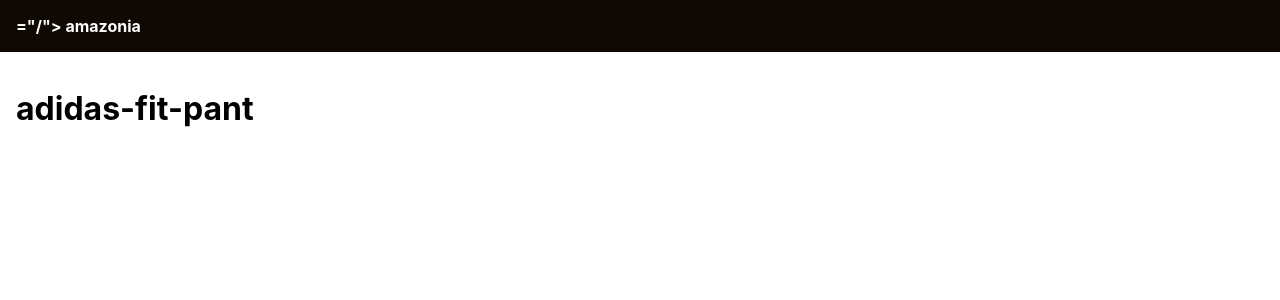
Repository: ninambash/E-comm-site
Page: /product/adidas-fit-pant
The author's editor kept a copy of each file at every save. The page is drawn from the files as they stood at one save, then again after a run of saves.
The browser window is 1280 px wide. The pictures show the whole page.
The project was rebuilt for these pictures with package versions that can differ from the ones it lists, and the page was loaded fresh each time. Also part of the build but not shown: src/data.js, src/screens/HomeScreen.jsx.

Above is the page before, as saved 2023-01-20 21:17:20.

### src/index.css
body {
  margin: 0;
  font-family: -apple-system, BlinkMacSystemFont, 'Segoe UI', 'Roboto', 'Oxygen',
    'Ubuntu', 'Cantarell', 'Fira Sans', 'Droid Sans', 'Helvetica Neue',
    sans-serif;
  -webkit-font-smoothing: antialiased;
  -moz-osx-font-smoothing: grayscale;
}
.site-container {
  min-height: 100vh;
}
main {
  flex: 1;
  padding: 1rem;

}
header a {
  color: #ffffff;
  text-decoration: none;
  font-weight: bold;


}
header a:hover {
  color: #f0c040;
  text-decoration: none;
  font-weight: bold;
}
header {
  background-color: #100901;
  color: #f0c040;
  padding: 1rem;
  display: flex;
  justify-content: space-between;
  align-items: center;
}
.btn-primary,
.btn-outline-primary {
  background-color: #f0c040;
  color: #000000;
}
.products {
  display: flex;
  flex-wrap: wrap;
  justify-content: center;
}

.rating span {
  color: #ffc000;
}

.product {
  border: 1px #404040 solid;
  margin: 1rem;
}
.product img {
  width: 100%;
  max-width: 400px;
}
.product-info {
  padding: 1rem;
}
.img-large {
  max-width: 100%;
}
.img-thumbnail {
  height: 80px;
}
.small-container {
  max-width: 600px;
}

.checkout-steps > div {
  border-bottom: 0.2rem solid #a0a0a0;
  color: #a0a0a0;
}
.checkout-steps > div.active {
  border-bottom: 0.2rem solid #f08000;
  color: #f08000;
}

/* sidebar */
.navbar-brand {
  font-weight: bold;
}
.side-navbar {
  width: 240px;
  height: 100%;
  position: absolute;
  left: -300px;
  background-color: #100901;
  transition: 0.5s;
}

.site-container {
  transition: 0.4s;
}
.active-cont {
  margin-left: 240px;
}
.active-nav {
  left: 0;
}
.text-bold {
  font-weight: bold;
}

/* Map */

.full-box {
  height: 100vh;
  max-width: initial;
}
.full-box header,
.full-box footer {
  display: none;
}
.full-box .container {
  height: 100vh;
  max-width: initial;
  margin: 0;
  padding: 0;
}

.full-box .mt-3 {
  margin-top: 0 !important;
}

.map-input-box {
  box-sizing: border-box;
  position: absolute;
  left: 0;
  right: 0;
  margin: 0.5rem auto;
  width: 25rem;
  height: 3rem;
  display: flex;
}
.map-input-box input {
  border-radius: 1rem 0 0 1rem;
  border-right: 0;
}
.map-input-box button {
  border-radius: 0 1rem 1rem 0;
  border-left: 0;
}
button.thumbnail {
  padding: 0;
}

### src/App.js

import { BrowserRouter,  Routes, Route, Link } from 'react-router-dom';
import HomeScreen from './screens/HomeScreen';
import ProductScreen from './screens/ProductScreen';



function App() {
  return (
    <BrowserRouter>
    <div>

      <header className='header'>
      <Link>="/"> amazonia </Link>

      </header>

      <main>
        <Routes>

          <Route path ="/product/:slug" element={<ProductScreen />}></Route>
         <Route path ="/" element={<HomeScreen />}></Route>



        </Routes>
      </main>
      </div>

    </BrowserRouter>


  );
}

export default App;

### src/screens/ProductScreen.jsx
import React from 'react'
import { useParams } from 'react-router-dom'

const ProductScreen = () => {
    const params = useParams()
    const {slug} = params
    console.log(slug)


  return (
    <div>
       <h1>{slug}</h1>




        </div>
  )
}

export default ProductScreen

Loaded but not shown: public/index.html (common file); src/index.js (common file); src/reportWebVitals.js (common file)

After the next 12 saves:
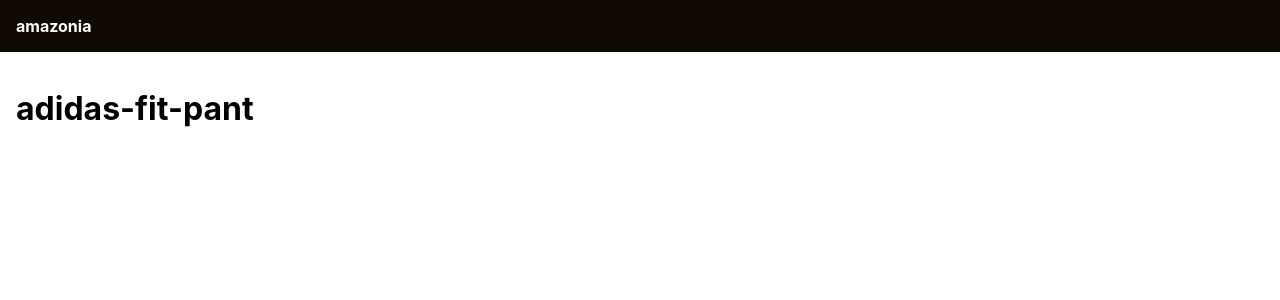
The 12 saves are shown as one change because they came seconds apart.
The last was saved 47 s later.
--- a/src/App.js
+++ b/src/App.js
@@ -11,7 +11,7 @@
     <div>
 
       <header className='header'>
-      <Link>="/"> amazonia </Link>
+      <a href="/"> amazonia </a>
 
       </header>
 
